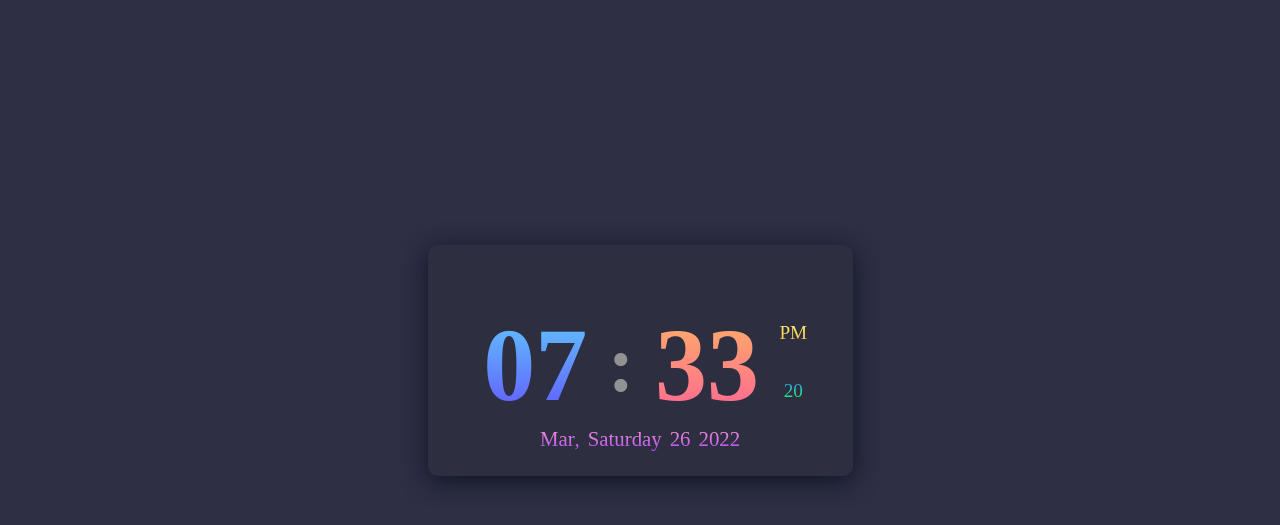
Repository: QUANGTHAI2003/digital-clock
Page: index.html
An editor plug-in stored every save of this project. The page is shown before and after the next save, followed by the edit.
The browser window is 1280 px wide. The pictures show the whole page.
Some icons come from a web library that is not loaded, so they are not drawn.

Above is the page before, as saved 2022-03-26 23:51:58.
Console error: TypeError: year.addEventListener is not a function

### index.html
<!DOCTYPE html>
<html lang="en">
    <head>
        <meta charset="UTF-8" />
        <meta http-equiv="X-UA-Compatible" content="IE=edge" />
        <meta name="viewport" content="width=device-width, initial-scale=1.0" />
        <title>Digital-Clock</title>
        <link rel="stylesheet" href="style.css" />
        <link rel="stylesheet" href="https://unicons.iconscout.com/release/v4.0.0/css/line.css" />
    </head>
    <body>
        <div class="digital-clock">
            <i class="uil uil-ellipsis-v dot-menu-btn"></i>
            <ul class="dot-menu">
                <li class="menu-item">
                    <span class="clock-format-text">24-hour format</span>
                    <div class="format-switch-btn" data-format="12"></div>
                </li>
            </ul>
            <div class="time">
                <span class="hours">00</span>
                <span class="dots">:</span>
                <span class="minutes">00</span>
                <div class="right-side">
                    <span class="period">AN/PM</span>
                    <span class="seconds">00</span>
                </div>
            </div>
            <div class="calendar">
                <span class="month-name">Mar</span>,
                <span class="day-name">Sunday</span>
                <span class="day-number">6</span>
                <span class="year">2022</span>
            </div>
        </div>
        <script src="./app.js"></script>
    </body>
</html>

### style.css
@import url('https://fonts.googleapis.com/css2?family=Poppins:ital,wght@0,100;0,200;0,300;0,400;0,500;0,600;0,700;0,800;0,900;1,100;1,200;1,300;1,400;1,500;1,600;1,700;1,800;1,900&display=swap');

* {
    margin: 0;
    padding: 0;
    box-sizing: border-box;
    font-family: 'Poppins'sans-serif;
}

body {
    min-height: 100vh;
    display: flex;
    justify-content: center;
    align-items: center;
    background: #2e2e44;
}

.digital-clock {
    position: relative;
    color: #fff;
    background: #2d2f41;
    width: 425px;
    padding: 20px 45px;
    box-shadow: 0 5px 25px rgba(14, 21, 37, 08);
    border-radius: 10px;
    display: flex;
    justify-content: center;
    align-items: center;
    flex-direction: column;
}

.time {
    position: relative;
    display: flex;
    justify-content: center;
    align-items: center;
}

.hours,
.dots,
.minutes {
    display: flex;
    justify-content: center;
    align-items: center;
    font-weight: 600;
    padding: 0 10px;
    line-height: 125px;
}

.hours,
.minutes {
    font-size: 6.5em;
    width: 125px;
}

.dots {
    font-size: 5em;
    color: #929292;
}

.hours {
    background: -webkit-linear-gradient(90deg, #634dff, #5fd4ff);
    -webkit-text-fill-color: transparent;
    -webkit-background-clip: text;
}

.minutes {
    background: -webkit-linear-gradient(90deg, #ff5e9a, #ffb960);
    -webkit-text-fill-color: transparent;
    -webkit-background-clip: text;
}

.right-side {
    position: relative;
    display: flex;
    justify-content: center;
    align-items: center;
    flex-direction: column;
    margin-left: 10px;
}

.period,
.seconds {
    font-size: 1.2em;
    font-weight: 500;
}

.period {
    transform: translateY(-20px);
    background: -webkit-linear-gradient(90deg, #f7b63f, #faf879);
    -webkit-text-fill-color: transparent;
    -webkit-background-clip: text;
}

.seconds {
    transform: translateY(16px);
    background: -webkit-linear-gradient(90deg, #24ff6d, #2f93f1);
    -webkit-text-fill-color: transparent;
    -webkit-background-clip: text;
}

.calendar {
    display: flex;
    justify-content: center;
    align-items: center;
    font-size: 1.3em;
    font-weight: 500;
    margin-bottom: 5px;
    background: -webkit-linear-gradient(90deg, #ae4af6, #ff98d1);
    -webkit-text-fill-color: transparent;
    -webkit-background-clip: text;
}

.day-name,
.day-number,
.year {
    margin-left: 8px;
}

.dot-menu-btn {
    position: absolute;
    top: 0;
    right: 0;
    margin: 10px;
    color: #efefef;
    font-size: 1.5em;
    cursor: pointer;
}

.dot-menu {
    z-index: 999;
    /* position: absolute;
top: 7px;
right: 5px; */
    list-style: none;
    background: #353e54;
    padding: 10px 20px;
    border-radius: 5px;
    box-shadow: 0 5px 25px rgba(0, 0, 0, 0.5);
    visibility: hidden;
    opacity: 0;
    transition: 0.3s ease;
}

.dot-menu.active {
    visibility: visible;
    opacity: 1;
}

.menu-item {
    display: flex;
    justify-content: center;
    align-items: center;
}

.clock-format-text {
    color: #efefef;
    font-size: 0.9em;
    margin-right: 20px;
}

.format-switch-btn {
    width: 35px;
    height: 15px;
    background: #485470;
    border-radius: 75px;
    box-shadow: inset 2px 2px 4px rgba(255, 255, 255, 0.1),
        inset -2px 2px -4px rgba(0, 0, 0, 0.2);
    cursor: pointer;
    display: flex;
    justify-content: center;
    align-items: center;
}

.format-switch-btn::before {
    content: "";
    position: absolute;
    width: 14px;
    height: 14px;
    background: #ff5e9a;
    border-radius: 50%;
    box-shadow: 0 5px 25px #ff5e9a;
    transform: translateX(-10px);
    transition: 0.3s ease;
    transition: background, transition;

}

.format-switch-btn.active::before {
    background: #0bff8d;
    box-shadow: 0 5px 25px #0bff8d;
    transform: translateX(10px);
}

### app.js
const formatSwitchBtn = document.querySelector(".format-switch-btn");

formatSwitchBtn.addEventListener("click", () => {
    formatSwitchBtn.classList.toggle("active");

    var formatValue = formatSwitchBtn.getAttribute("data-format");

    if (formatValue == "12") {
        formatSwitchBtn.setAttribute("data-format", "24");
    } else {
        formatSwitchBtn.setAttribute("data-format", "12");
    }
});

function clock() {
    var today = new Date();
    var hours = today.getHours();
    var minutes = today.getMinutes();
    var seconds = today.getSeconds();
    var period = "AM"

    // Set the time period(AM or PM)
    if (hours >= 12) {
        period = "PM";
    }
    // Set the 12-hour clock format
    var formatValue = formatSwitchBtn.getAttribute("data-format");

    if (formatValue == "12") {
        hours = hours > 12 ? hours % 12 : hours
    }

    // Add the 0 for the values of lower than 10
    if (hours < 10) {
        hours = "0" + hours;
    }
    if (minutes < 10) {
        minutes = "0" + minutes;
    }
    if (seconds < 10) {
        seconds = "0" + seconds;
    }

    document.querySelector(".hours").innerHTML = hours;
    document.querySelector(".minutes").innerHTML = minutes;
    document.querySelector(".seconds").innerHTML = seconds;
    document.querySelector(".period").innerHTML = period;
}

var updateClock = setInterval(clock, 1000);

// Get the date in javascript
var today = new Date();
const dayNumber = today.getDate();
const year = today.getFullYear();
const dayName = today.toLocaleString('default', { weekday: 'long' });
const monthName = today.toLocaleString('default', { month: 'short' });

document.querySelector(".month-name").innerHTML = monthName;
document.querySelector(".day-name").innerHTML = dayName;
document.querySelector(".day-number").innerHTML = dayNumber;
document.querySelector(".year").innerHTML = year;

year.addEventListener("click", function () {
    alert("The year is " + year);
});

//javascript for dot menu toggle
const dotMenuBtn = document.querySelector(".dot-menu-btn");
const dotMenu = document.querySelector(".dot-menu");

dotMenuBtn.addEventListener("click", () => {
    dotMenu.classList.toggle("active");
})

After the next save:
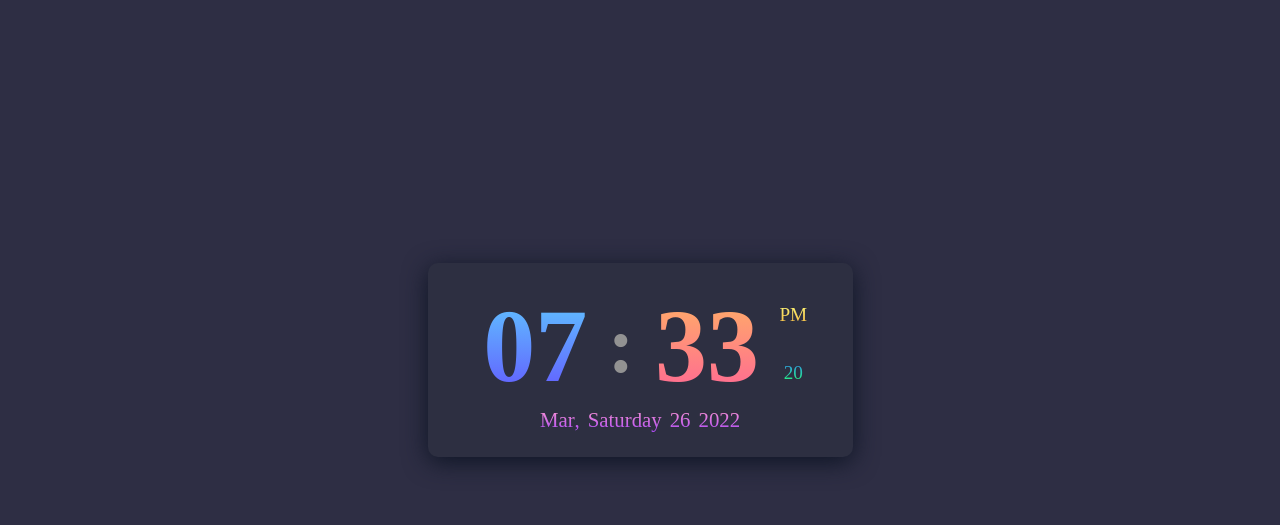
Saved 7 s later.
--- a/style.css
+++ b/style.css
@@ -129,9 +129,9 @@ body {
 
 .dot-menu {
     z-index: 999;
-    /* position: absolute;
+    position: absolute;
 top: 7px;
-right: 5px; */
+right: 5px;
     list-style: none;
     background: #353e54;
     padding: 10px 20px;
